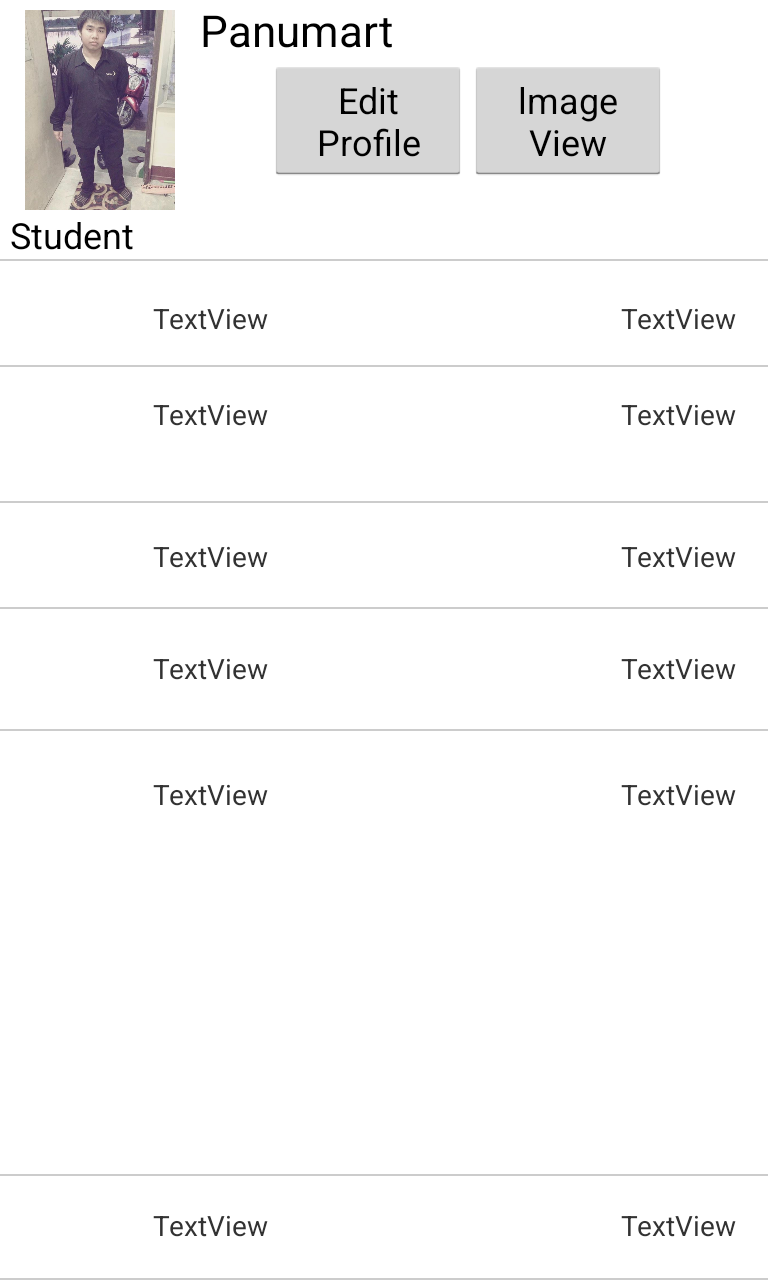
Repository: PanumartThamkawin/Resuma_55410657
Layout: Panu657/res/layout/activity_main.xml
These files come from the project's save history. The layout is drawn as it stood at one moment and after the next save; the edit follows.
It is drawn on a 768 x 1280 px phone screen (xhdpi) without system bars, with theme AppTheme; the app's code is not run.

Above is the layout before, as saved 2014-09-01 06:42:50.

After the next save:
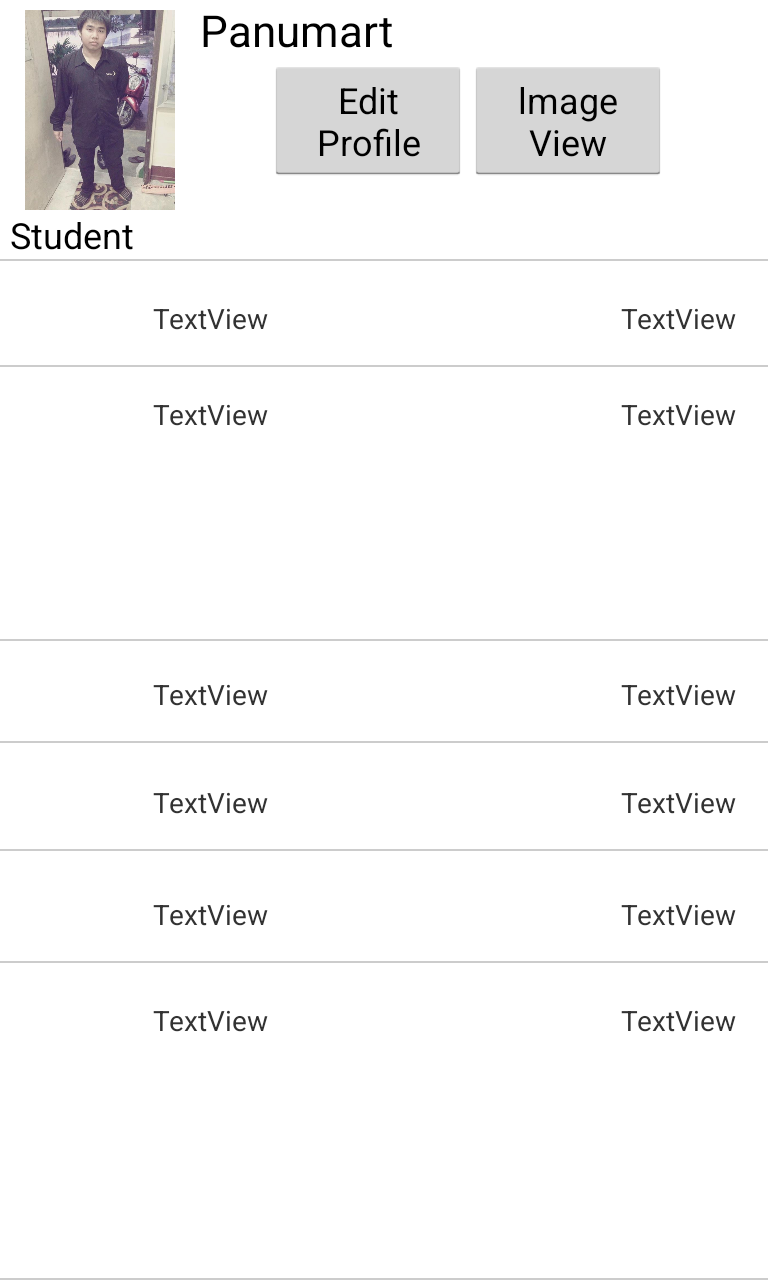
Saved 75 s later.
--- a/Panu657/res/layout/activity_main.xml
+++ b/Panu657/res/layout/activity_main.xml
@@ -108,15 +108,6 @@
         android:layout_marginTop="14dp"
         android:background="#cccccc" />
 
-    <View
-        android:id="@+id/View02"
-        android:layout_width="wrap_content"
-        android:layout_height="1dp"
-        android:layout_alignParentLeft="true"
-        android:layout_below="@+id/View01"
-        android:layout_marginTop="52dp"
-        android:background="#cccccc" />
-
     <TextView
         android:id="@+id/textView6"
         android:layout_width="wrap_content"
@@ -152,24 +143,6 @@
         android:layout_alignParentLeft="true"
         android:background="#cccccc" />
 
-    <View
-        android:id="@+id/View04"
-        android:layout_width="wrap_content"
-        android:layout_height="1dp"
-        android:layout_above="@+id/View05"
-        android:layout_alignParentLeft="true"
-        android:layout_marginBottom="51dp"
-        android:background="#cccccc" />
-
-    <View
-        android:id="@+id/View03"
-        android:layout_width="wrap_content"
-        android:layout_height="1dp"
-        android:layout_alignParentLeft="true"
-        android:layout_below="@+id/View02"
-        android:layout_marginTop="60dp"
-        android:background="#cccccc" />
-
     <TextView
         android:id="@+id/textView9"
         android:layout_width="wrap_content"
@@ -206,13 +179,48 @@
         android:layout_alignLeft="@+id/textView10"
         android:text="TextView" />
 
+    <View
+        android:id="@+id/View01"
+        android:layout_width="wrap_content"
+        android:layout_height="1dp"
+        android:layout_alignParentLeft="true"
+        android:layout_centerVertical="true"
+        android:background="#cccccc" />
+
+    <View
+        android:id="@+id/View02"
+        android:layout_width="wrap_content"
+        android:layout_height="1dp"
+        android:layout_alignParentLeft="true"
+        android:layout_below="@+id/textView7"
+        android:layout_marginTop="14dp"
+        android:background="#cccccc" />
+
+    <View
+        android:id="@+id/View03"
+        android:layout_width="wrap_content"
+        android:layout_height="1dp"
+        android:layout_alignParentLeft="true"
+        android:layout_below="@+id/textView9"
+        android:layout_marginTop="14dp"
+        android:background="#cccccc" />
+
+    <View
+        android:id="@+id/View04"
+        android:layout_width="wrap_content"
+        android:layout_height="1dp"
+        android:layout_alignParentLeft="true"
+        android:layout_below="@+id/textView11"
+        android:layout_marginTop="14dp"
+        android:background="#cccccc" />
+
     <TextView
         android:id="@+id/textView13"
         android:layout_width="wrap_content"
         android:layout_height="wrap_content"
-        android:layout_above="@+id/View05"
-        android:layout_alignLeft="@+id/textView11"
-        android:layout_marginBottom="17dp"
+        android:layout_below="@+id/View04"
+        android:layout_marginTop="19dp"
+        android:layout_toLeftOf="@+id/linearLayout3"
         android:text="TextView" />
 
     <TextView
@@ -224,13 +232,4 @@
         android:layout_alignLeft="@+id/textView12"
         android:text="TextView" />
 
-    <View
-        android:id="@+id/View01"
-        android:layout_width="wrap_content"
-        android:layout_height="1dp"
-        android:layout_alignParentLeft="true"
-        android:layout_below="@+id/textView5"
-        android:layout_marginTop="34dp"
-        android:background="#cccccc" />
-
 </RelativeLayout>
